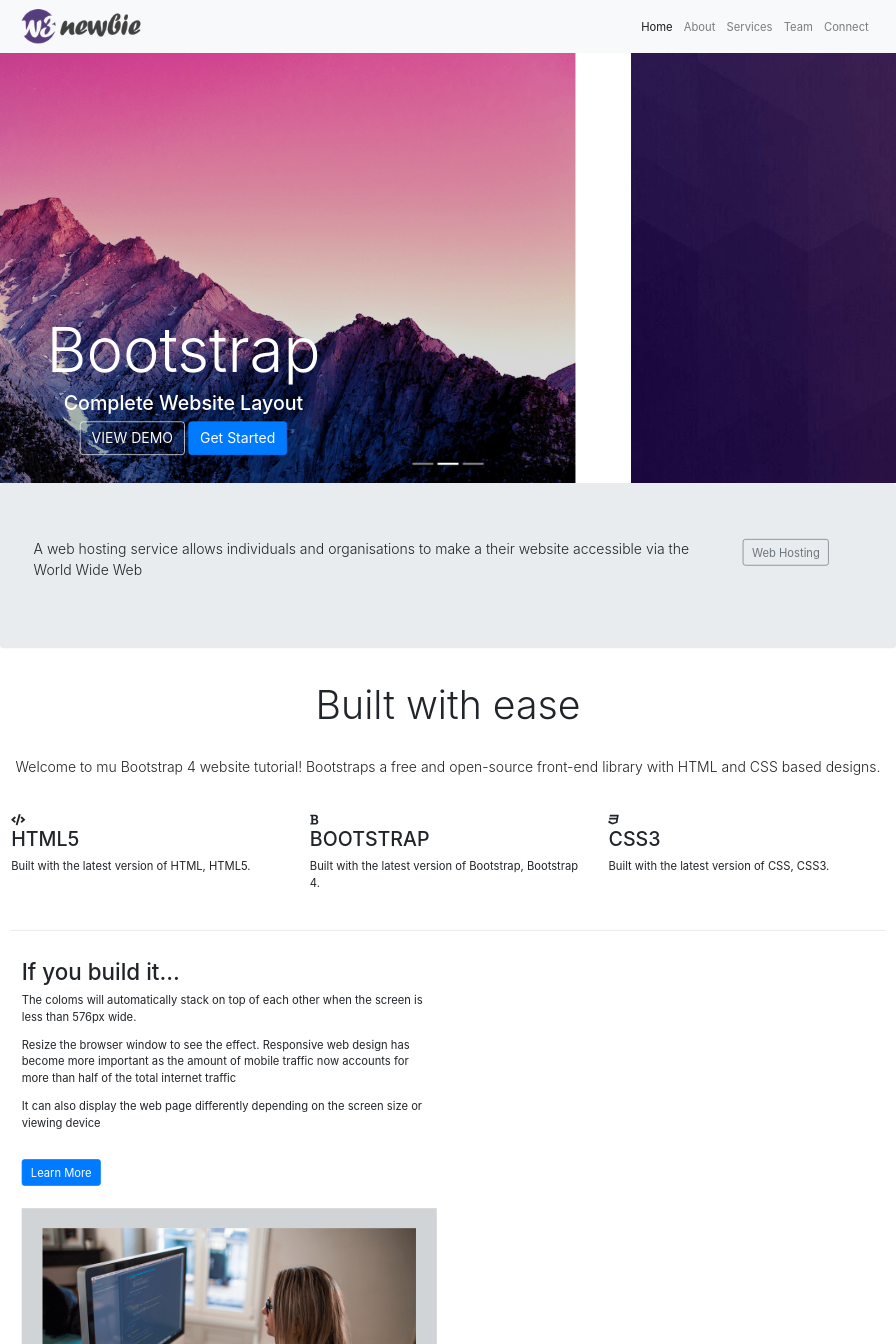
Repository: rkyankya/Bootstrap-1
Page: index.html
These files come from the project's save history. The page is drawn as it stood at one moment and after the next save; the edit follows.
The browser window is 1280 px wide. The pictures show the part of the page from y = 0 to 1920 px (the page is 2836 px tall), at 70% of full size.
Some web libraries are served in a nearby version.

Above is the page before, as saved 2019-12-16 11:22:56.

### index.html
<!DOCTYPE html>
<html lang="en">

<head>
    <meta charset="utf-8">
    <meta name="viewport" content="width=device-width, initial-scale=1">
    <title>Complete Bootstrap 4 Website Layout</title>
    <link rel="stylesheet" href="https://maxcdn.bootstrapcdn.com/bootstrap/4.0.0/css/bootstrap.min.css">
    <script src="https://ajax.googleapis.com/ajax/libs/jquery/3.3.1/jquery.min.js"></script>
    <script src="https://cdnjs.cloudflare.com/ajax/libs/popper.js/1.12.9/umd/popper.min.js"></script>
    <script src="https://maxcdn.bootstrapcdn.com/bootstrap/4.0.0/js/bootstrap.min.js"></script>
    <script src="https://use.fontawesome.com/releases/v5.0.8/js/all.js"></script>
    <link href="style.css" rel="stylesheet">
</head>

<body>

    <!-- Navigation -->
    <nav class="navbar navbar-expand-md navbar-light bg-light sticky-top">
        <div class="container-fluid">
            <a class="navbar-brand" href="#"><img src="img/logo.png" alt="#"></a>
            <button class="navbar-toggler" type="button" data-toggler="collapse" data-target="#navbarResponsive">
          <span class="navbar-toggler-icon"></span>
        </button>
            <div class="collapse navbar-collapse" id="navbarResponsive">
                <ul class="navbar-nav ml-auto">
                    <li class="nav-item active">
                        <a class="nav-link" href="#">Home</a>
                    </li>
                    <li class="nav-item">
                        <a class="nav-link" href="#">About</a>
                    </li>
                    <li class="nav-item">
                        <a class="nav-link" href="#">Services</a>
                    </li>
                    <li class="nav-item">
                        <a class="nav-link" href="#">Team</a>
                    </li>
                    <li class="nav-item">
                        <a class="nav-link" href="#">Connect</a>
                    </li>
                </ul>
            </div>
        </div>
    </nav>

    <!--- Image Slider -->
    <div id="slides" class="carousel slide" data-ride="carousel">
        <ul class="carousel-indicators">
            <li data-target="#slides" data-slide-to="0" class="active"></li>
            <li data-target="#slides" data-slide-to="1"></li>
            <li data-target="#slides" data-slide-to="2"></li>
        </ul>
        <div class="carousel-inner">
            <div class="carousel-item active">
                <img src="img/background.png" alt="#">
                <div class="carousel-caption">
                    <h1 class="display-2">Bootstrap</h1>
                    <h3>Complete Website Layout</h3>
                    <button type="button" class="btn btn-outline-light btn-lg">VIEW DEMO</button>
                    <button type="button" class="btn btn-primary btn-lg">Get Started</button>
                </div>
            </div>
            <div class="carousel-item">
                <img src="img/background2.png" alt="#">
            </div>
            <div class="carousel-item">
                <img src="img/background3.png" alt="#">
            </div>
        </div>
    </div>

    <!--- Jumbotron -->
    <div class="container-fluid">
        <div class="row jumbotron">
            <div class="col-xs-12 col-sm-12 col-md-9 col-lg-9 col-xl-10">
                <!--Bootstrap has 12 coloms the 12 describes the coloms to take-->
                <p class="lead">A web hosting service allows individuals and organisations to make a their website accessible via the World Wide Web
                </p>
            </div>
            <div class="col-xs-12 col-sm-12 col-md-3 col-lg-3 col-xl-2">
                <a href="#" class="btn btn-outline-secondary">Web Hosting</a>
            </div>
        </div>
    </div>


    <!--- Welcome Section -->
    <div class="container-fluid padding">
        <div class="row welcome text-center">
            <div class="col-12">
                <h1 class="display-4">Built with ease</h1>
            </div>
            <hr class="my-4">
            <div class="col-12">
                <p class="lead">Welcome to mu Bootstrap 4 website tutorial! Bootstraps a free and open-source front-end library with HTML and CSS based designs.
                </p>
            </div>
        </div>
    </div>

    <!--- Three Column Section -->
    <div class="container-fluid padding">
        <div class="row text-centre padding">
            <div class="col-xs-12 col-sm-6 col-md-4">
                <i class="fas fa-code"></i>
                <h3>HTML5</h3>
                <p>Built with the latest version of HTML, HTML5.</p>
            </div>
            <div class="col-xs-12 col-sm-6 col-md-4">
                <i class="fas fa-bold"></i>
                <h3>BOOTSTRAP</h3>
                <p>Built with the latest version of Bootstrap, Bootstrap 4.</p>
            </div>
            <div class="col-sm-12 col-md-4">
                <i class="fab fa-css3"></i>
                <h3>CSS3</h3>
                <p>Built with the latest version of CSS, CSS3.</p>
            </div>
        </div>
        <hr class="my-4">
    </div>


    <!--- Two Column Section -->
    <div class="container-fluid padding">
        <div class="row-padding">
            <div class="col-md-12 col-lg-6">
                <h2>If you build it...</h2>
                <p>The coloms will automatically stack on top of each other when the screen is less than 576px wide.</p>
                <p>Resize the browser window to see the effect. Responsive web design has become more important as the amount of mobile traffic now accounts for more than half of the total internet traffic</p>
                <p>It can also display the web page differently depending on the screen size or viewing device</p>
                <br>
                <a href="#" class="btn btn-primary">Learn More</a>
            </div>
            <div class="col-lg-6">
                <img src="img/desk.png" class="img-fluid" alt="#">
            </div>
        </div>
    </div>

    <hr class="my-4">

    <!--- Fixed background -->
    <figure>
        <div class="fixed-wrap">
            <div id="fixed"></div>
        </div>
    </figure>


    <!--- Emoji Section -->
    <button class="fun" data-toggle="collapse" data-target="#emoji">Click For Fun</button>
    <div id="emoji" class="collapse">
        <div class="container-fluid padding">
            <div class="row text-center">
                <div class="col-sm-6 col-md-3">
                    <img class="gif" src="img/gif/panda.gif" alt="#">
                </div>
                <div class="col-sm-6 col-md-3">
                    <img class="gif" src="img/gif/unicorn.gif" alt="#">
                </div>
                <div class="col-sm-6 col-md-3">
                    <img class="gif" src="img/gif/poo.gif" alt="#">
                </div>
                <div class="col-sm-6 col-md-3">
                    <img class="gif" src="img/gif/chicken.gif" alt="#">
                </div>
            </div>
        </div>
    </div>


    <!--- Meet the team -->
    <div class="container-fluid padding">
        <div class="row-welcome text-center">
            <div class="col-12">
                <h1 class="display-4"> Meet the Team</h1>
            </div>
        </div>
    </div>


    <!--- Cards -->
    <div class="container-fluid padding">
        <div class="row welcome text">
            <div class="col-md-4">
                <div class="card">
                    <img class="card-imd-top" src="img/team1.png" alt="#">
                    <div class="card-body">
                        <h4 class="card-title">John Doe</h4>
                        <p class="card-text">Joe is an internet entrepreneur with almost 20 years of experience</p>
                        <a href="#" class="btn btn-outline-secondary"> See Profile</a>
                    </div>
                </div>
            </div>
        </div>
    </div>


    <!--- Two Column Section -->


    <!--- Connect -->


    <!--- Footer -->




</body>

</html>

### style.css
@import url("https://fonts.googleapis.com/css?family=Poppins:400,500,700");
@import url("https://fonts.googleapis.com/css?family=Poppins:400,500,700");

/* --- Media Queries -- */

@media (max-width: 992px) {}

@media (max-width: 768px) {}

@media (max-width: 576px) {}


/* ---Firefox Bug Fix -- */

.carousel-item {
    transition: -webkit-transform 0.5s ease;
    transition: transform 0.5s ease;
    transition: transform 0.5s ease, -webkit-transform 0.5s ease;
    -webkit-backface-visibility: visible;
    backface-visibility: visible;
}


/* --- Fixed Background Image -- */

figure {
    position: relative;
    width: 100%;
    height: 60%;
    margin: 0 !important;
}

.fixed-wrap {
    clip: rect(0, auto, auto, 0);
    position: absolute;
    top: 0;
    left: 0;
    width: 100%;
    height: 100%;
}

#fixed {
    background-image: url("img/mac.png");
    position: fixed;
    display: block;
    top: 0;
    left: 0;
    width: 100%;
    height: 100%;
    background-size: cover;
    background-position: center center;
    -webkit-transform: translateZ(0);
    transform: translateZ(0);
    will-change: transform;
}


/* --- Bootstrap Padding Fix -- */

[class*="col-"] {
    padding: 1rem;
}


/*
Extra small (xs) devices (portrait phones, less than 576px)
No media query since this is the default in Bootstrap

Small (sm) devices (landscape phones, 576px and up)
@media (min-width: 576px) { ... }

Medium (md) devices (tablets, 768px and up)
@media (min-width: 768px) { ... }

Large (lg) devices (desktops, 992px and up)
@media (min-width: 992px) { ... }

Extra (xl) large devices (large desktops, 1200px and up)
@media (min-width: 1200px) { ... }
*/


/* ---Media Queries -- */

@media (max-width: 992px) {}

@media (max-width: 768px) {}

@media (max-width: 576px) {}


/* ---Firefox Bug Fix -- */

.carousel-item {
    transition: -webkit-transform 0.5s ease;
    transition: transform 0.5s ease;
    transition: transform 0.5s ease, -webkit-transform 0.5s ease;
    -webkit-backface-visibility: visible;
    backface-visibility: visible;
}


/* --- Fixed Background Image -- */

figure {
    position: relative;
    width: 100%;
    height: 60%;
    margin: 0 !important;
}

.fixed-wrap {
    clip: rect(0, auto, auto, 0);
    position: absolute;
    top: 0;
    left: 0;
    width: 100%;
    height: 100%;
}

#fixed {
    background-image: url("img/mac.png");
    position: fixed;
    display: block;
    top: 0;
    left: 0;
    width: 100%;
    height: 100%;
    background-size: cover;
    background-position: center center;
    -webkit-transform: translateZ(0);
    transform: translateZ(0);
    will-change: transform;
}


/* --- Bootstrap Padding Fix -- */

[class*="col-"] {
    padding: 1rem;
}


/*
Extra small (xs) devices (portrait phones, less than 576px)
No media query since this is the default in Bootstrap

Small (sm) devices (landscape phones, 576px and up)
@media (min-width: 576px) { ... }

Medium (md) devices (tablets, 768px and up)
@media (min-width: 768px) { ... }

Large (lg) devices (desktops, 992px and up)
@media (min-width: 992px) { ... }

Extra (xl) large devices (large desktops, 1200px and up)
@media (min-width: 1200px) { ... }
*/

After the next save:
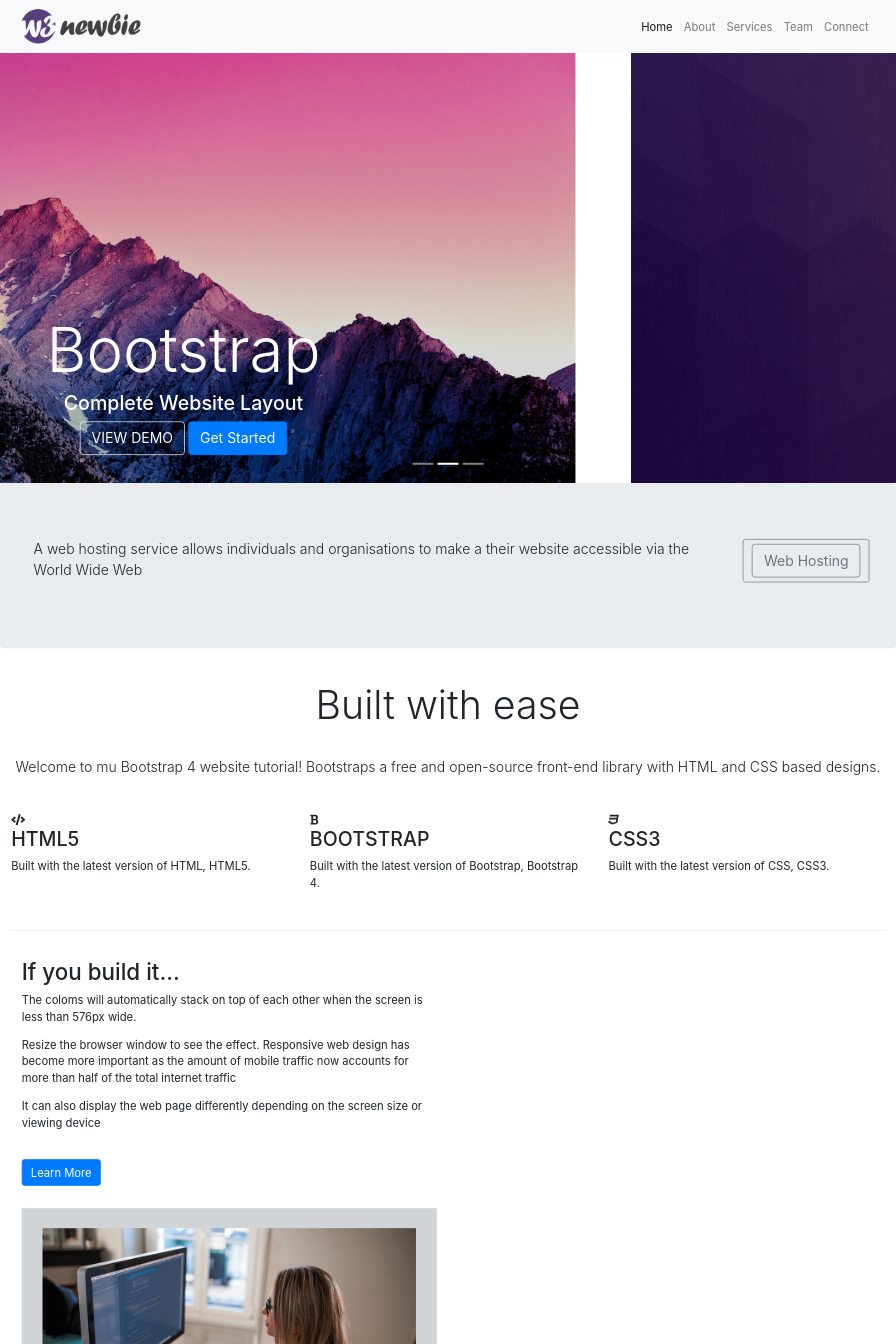
Saved 14 s later.
--- a/index.html
+++ b/index.html
@@ -79,7 +79,9 @@
                 </p>
             </div>
             <div class="col-xs-12 col-sm-12 col-md-3 col-lg-3 col-xl-2">
-                <a href="#" class="btn btn-outline-secondary">Web Hosting</a>
+                <a href="#" class="btn btn-outline-secondary">
+                    <button type="button" class="btn btn-outline-secondary btn-lg">Web Hosting</button>
+                </a>
             </div>
         </div>
     </div>
